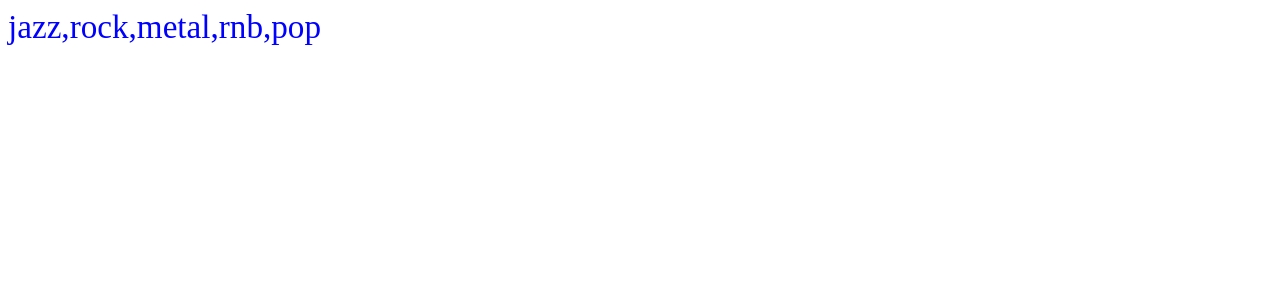
Repository: michaszo18/FrontendNauka
Page: kursJS/ArrayMethods/index.html
The author's editor kept a copy of each file at every save. The page is drawn from the files as they stood at one save, then again after the next save.
The browser window is 1280 px wide. The pictures show the whole page.

Above is the page before, as saved 2018-10-03 20:30:43.

### kursJS/ArrayMethods/index.html
<!DOCTYPE html>
<html lang="en">
<head>
    <meta charset="UTF-8">
    <meta name="viewport" content="width=device-width, initial-scale=1.0">
    <meta http-equiv="X-UA-Compatible" content="ie=edge">
    <title>Document</title>
</head>
<body>
    <style>
        * {
            color: blue;
            font-size: 1.2em;
        }
    </style>

<div id="app"></div>

<script src="script.js"></script>
</body>
</html>

### kursJS/ArrayMethods/script.js
const myArray = [1, 2, 3, 4, 5, 6, 7];
//pop / push - modyfikują istniejącą tablicę
//pop - usuwa, push dodaje ostani elemtent tablicy
myArray.pop();
myArray.push(7);
//shift / unshift - modyfikują istniejącą tablicę
//modyfikuje pierwszy element tablicy
myArray.shift();
myArray.unshift(7);

//Pobranie #app
const app = document.querySelector('#app');
//Stworzenie diva
const div = document.createElement('div');
const tags = ['jazz', 'rock'];
tags.push('metal');

const newTags = ['rnb', 'pop'];

//Poącznie tablic
const allTabs = [].concat(tags, newTags);

div.innerHTML = allTabs;
app.appendChild(div);

After the next save:
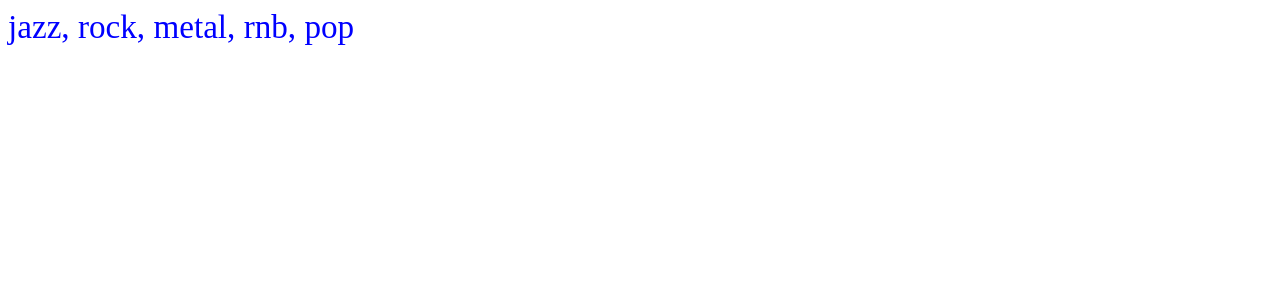
Saved 42 s later.
--- a/kursJS/ArrayMethods/script.js
+++ b/kursJS/ArrayMethods/script.js
@@ -20,5 +20,5 @@ const newTags = ['rnb', 'pop'];
 //Poącznie tablic
 const allTabs = [].concat(tags, newTags);
 
-div.innerHTML = allTabs;
+div.innerHTML = allTabs.join(', ');
 app.appendChild(div);
